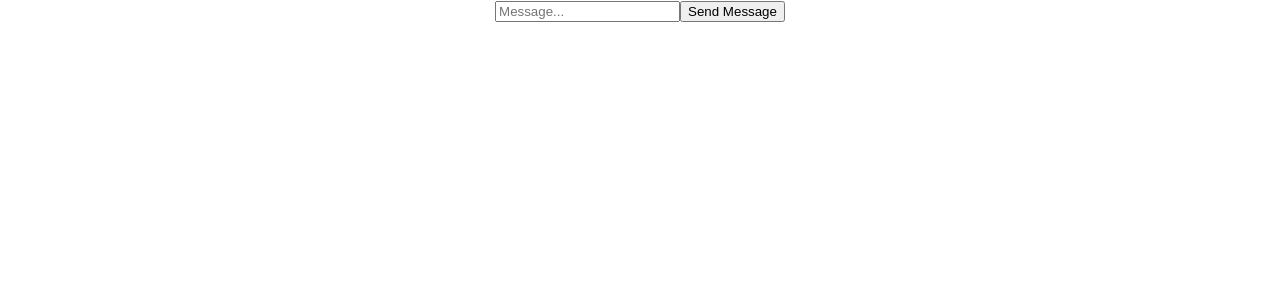
Repository: chadrackkyungu/socket-io
Page: / (app in client/)
The author's editor kept a copy of each file at every save. The page is drawn from the files as they stood at one save, then again after a run of saves.
The browser window is 1280 px wide. The pictures show the whole page.
The page's requests for data from a server got no answer. The project was rebuilt for these pictures with package versions that can differ from the ones it lists, and the page was loaded fresh each time. No one was signed in, and anything a server would have sent is missing.

Above is the page before, as saved 2023-02-02 15:25:40.

After the next 2 saves:
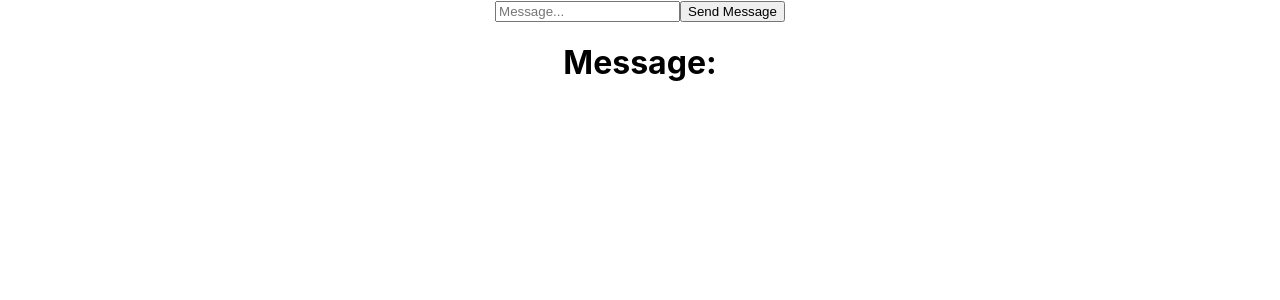
The 2 saves are shown as one change because they came seconds apart.
The last was saved 3 min 5 s later.
--- a/client/src/App.js
+++ b/client/src/App.js
@@ -51,8 +51,10 @@ function App() {
         }}
       />
       <button onClick={sendMessage}> Send Message</button>
-      {/* <h1> Message:</h1>
-      {messageReceived} */}
+
+
+      <h1> Message:</h1>
+      {messageReceived}
 
 
     </div>
